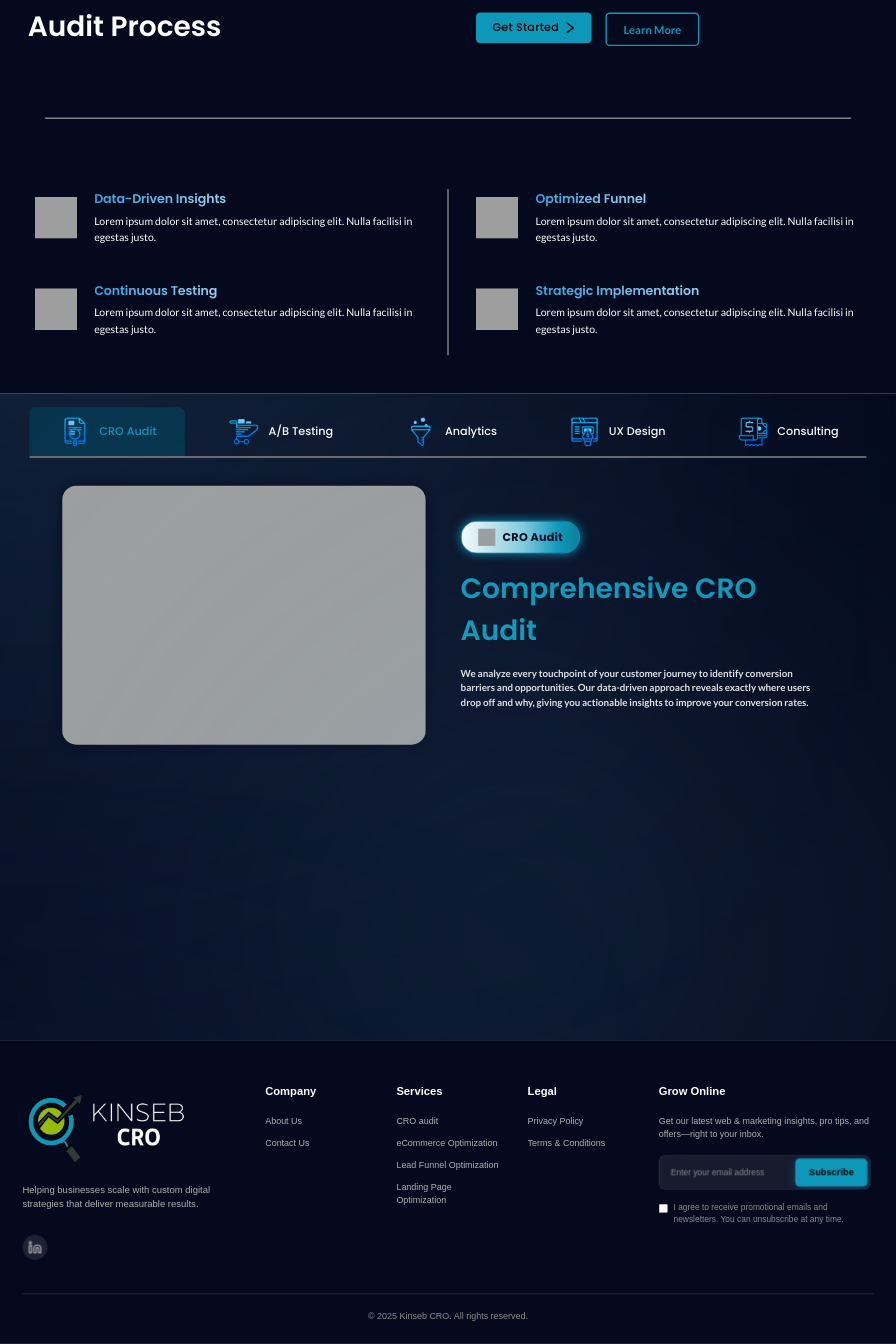
Repository: YahyaK01/kinseb
Page: /services
These files come from the project's save history. The page is drawn as it stood at one moment and after the next save; the edit follows.
The browser window is 1280 px wide. The pictures show the part of the page from y = 1837 to 3757 px (the page is 3757 px tall before and 3702 px after), at 70% of full size.
Pictures or frames that could not be fetched are drawn as grey boxes. The project was rebuilt for these pictures with package versions that can differ from the ones it lists, and the page was loaded fresh each time. Also part of the build but not shown: src/components/FAQ.js, src/components/CTA.jsx, src/components/MetricsSection.jsx, src/components/WhyCROMatter.jsx, src/components/Processsection.jsx, src/components/Hero.jsx, src/components/CEO.jsx, src/components/Testimonia.jsx and 14 more.

Above is the page before, as saved 2025-12-05 18:36:55.

After the next save:
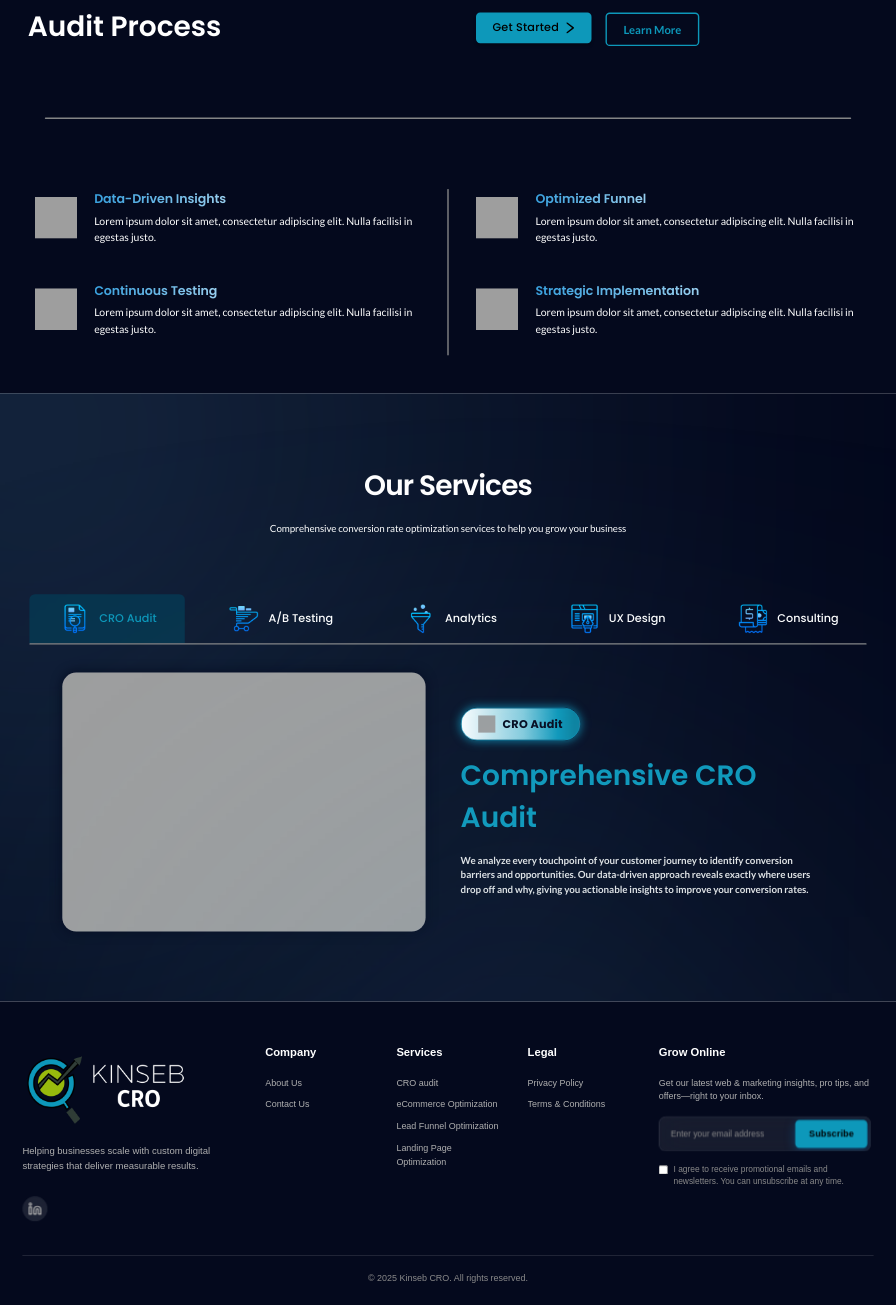
Saved 102 s later.
--- a/src/components/ServiceTabSection.jsx
+++ b/src/components/ServiceTabSection.jsx
@@ -4,23 +4,12 @@
   const [isVisible, setIsVisible] = useState(false);
   const [activeTab, setActiveTab] = useState(0);
   const sectionRef = useRef(null);
-  const contentAreaRef = useRef(null);
 
   useEffect(() => {
     const observer = new IntersectionObserver(
       ([entry]) => {
         if (entry.isIntersecting && !isVisible) {
           setIsVisible(true);
-
-          setTimeout(() => {
-            if (contentAreaRef.current) {
-              contentAreaRef.current.scrollIntoView({
-                behavior: 'smooth',
-                block: 'start',
-                inline: 'nearest'
-              });
-            }
-          }, 100);
         }
       },
       {
@@ -55,7 +44,7 @@
     justifyContent: 'center',
     alignItems: 'center',
     padding: '100px 0px',
-    gap: '100px',
+    gap: '60px',
     maxWidth: '1440px',
     margin: '0 auto',
     width: '100%',
@@ -130,7 +119,7 @@
     flexDirection: 'column',
     alignItems: 'center',
     padding: '0px',
-    gap: '30px',
+    gap: '15px',
     width: '100%',
     maxWidth: '1440px',
     zIndex: 5,
@@ -416,7 +405,7 @@
         </div>
 
         {/* Content Area Wrapper */}
-        <div ref={contentAreaRef} style={contentAreaWrapperStyle}>
+        <div style={contentAreaWrapperStyle}>
           {/* Tabs Section */}
           <div style={tabsContainerStyle}>
             <div style={tabsRowStyle}>

After the save that followed:
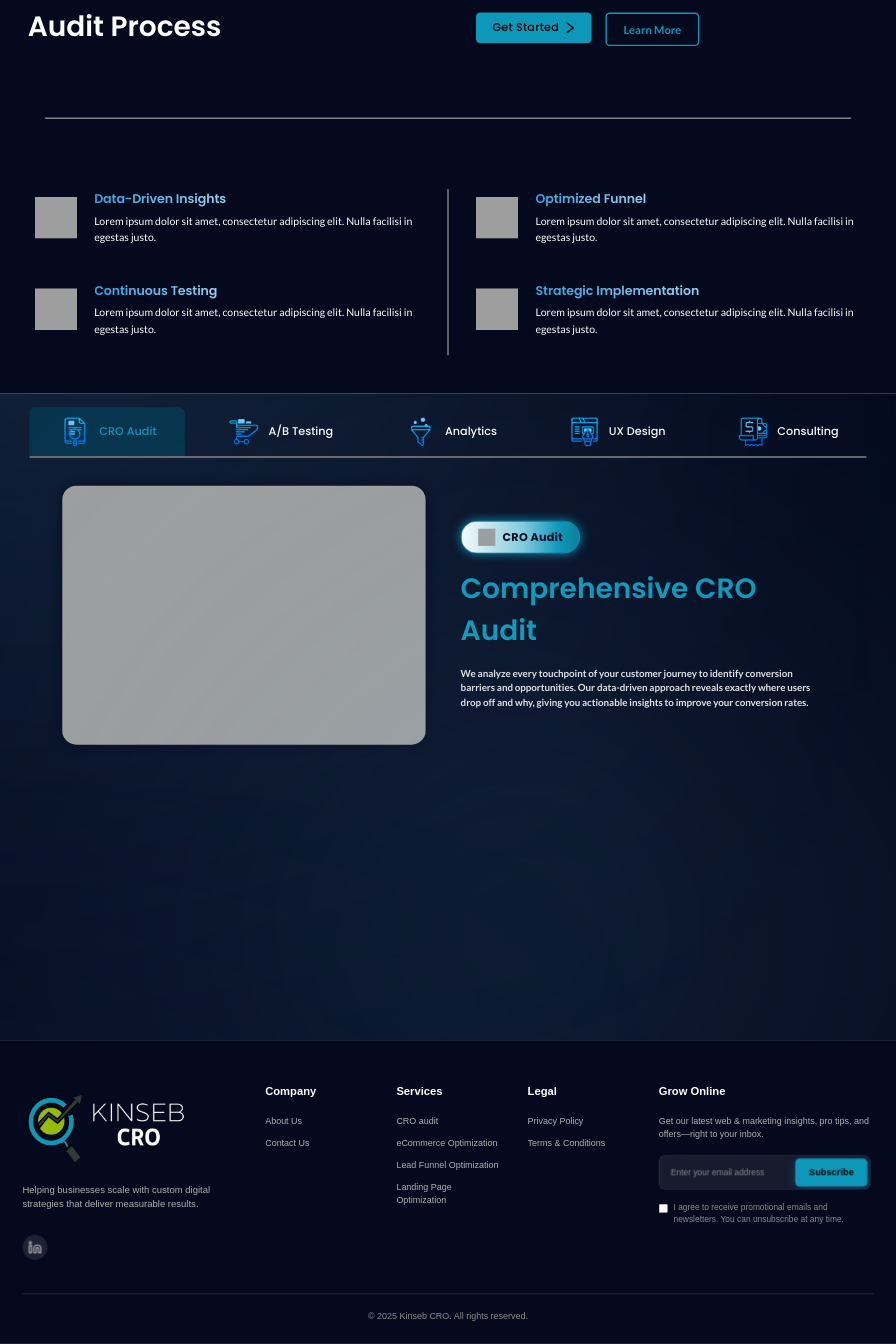
Saved 34 s later.
--- a/src/components/ServiceTabSection.jsx
+++ b/src/components/ServiceTabSection.jsx
@@ -4,12 +4,23 @@
   const [isVisible, setIsVisible] = useState(false);
   const [activeTab, setActiveTab] = useState(0);
   const sectionRef = useRef(null);
+  const contentAreaRef = useRef(null);
 
   useEffect(() => {
     const observer = new IntersectionObserver(
       ([entry]) => {
         if (entry.isIntersecting && !isVisible) {
           setIsVisible(true);
+
+          setTimeout(() => {
+            if (contentAreaRef.current) {
+              contentAreaRef.current.scrollIntoView({
+                behavior: 'smooth',
+                block: 'start',
+                inline: 'nearest'
+              });
+            }
+          }, 100);
         }
       },
       {
@@ -44,7 +55,7 @@
     justifyContent: 'center',
     alignItems: 'center',
     padding: '100px 0px',
-    gap: '60px',
+    gap: '100px',
     maxWidth: '1440px',
     margin: '0 auto',
     width: '100%',
@@ -119,7 +130,7 @@
     flexDirection: 'column',
     alignItems: 'center',
     padding: '0px',
-    gap: '15px',
+    gap: '30px',
     width: '100%',
     maxWidth: '1440px',
     zIndex: 5,
@@ -405,7 +416,7 @@
         </div>
 
         {/* Content Area Wrapper */}
-        <div style={contentAreaWrapperStyle}>
+        <div ref={contentAreaRef} style={contentAreaWrapperStyle}>
           {/* Tabs Section */}
           <div style={tabsContainerStyle}>
             <div style={tabsRowStyle}>
